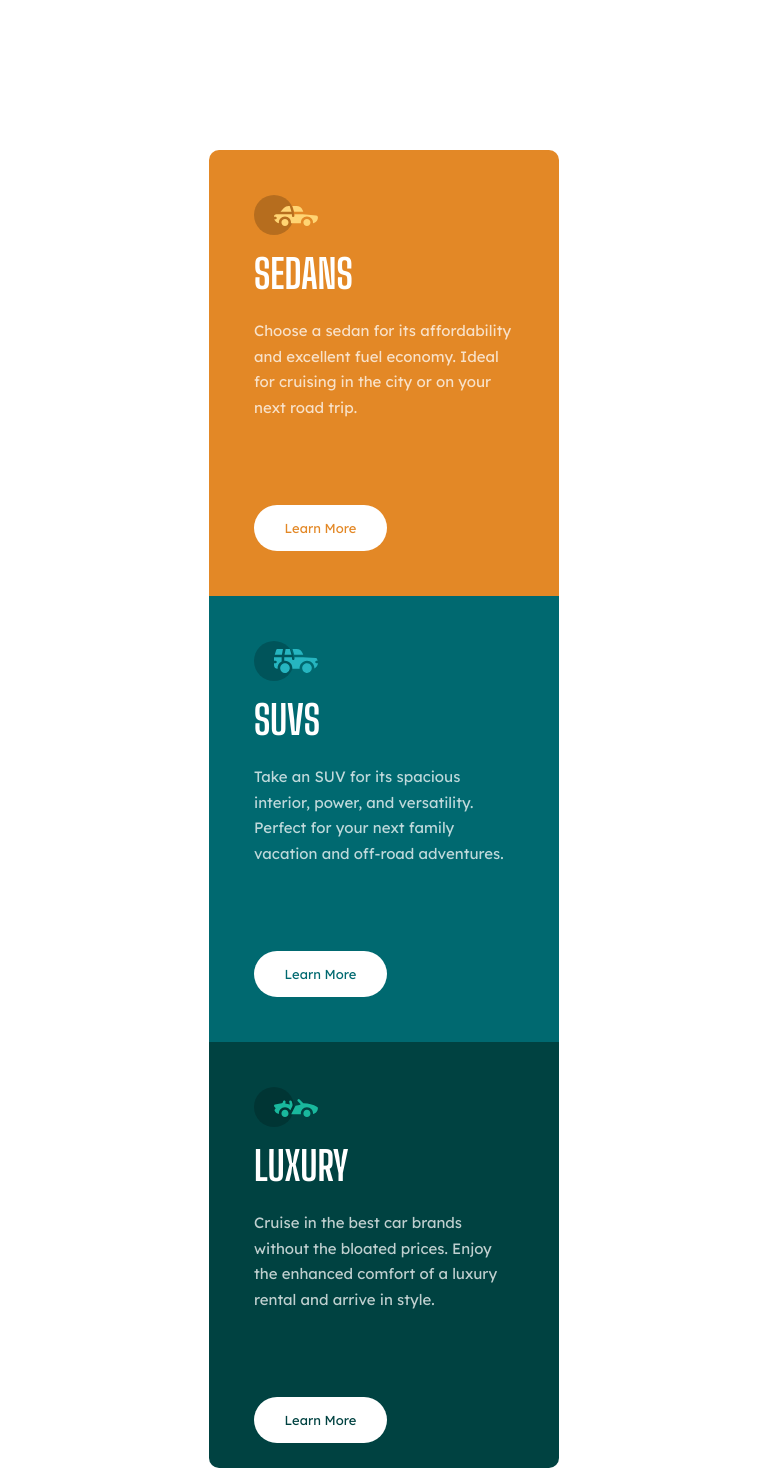
Repository: KamoliddinGIT/column-preview-card
Page: index.html
The author's editor kept a copy of each file at every save. The page is drawn from the files as they stood at one save, then again after the next save.
The browser window is 768 px wide. The pictures show the whole page.

Above is the page before, as saved 2023-09-15 17:14:31.

After the next save:
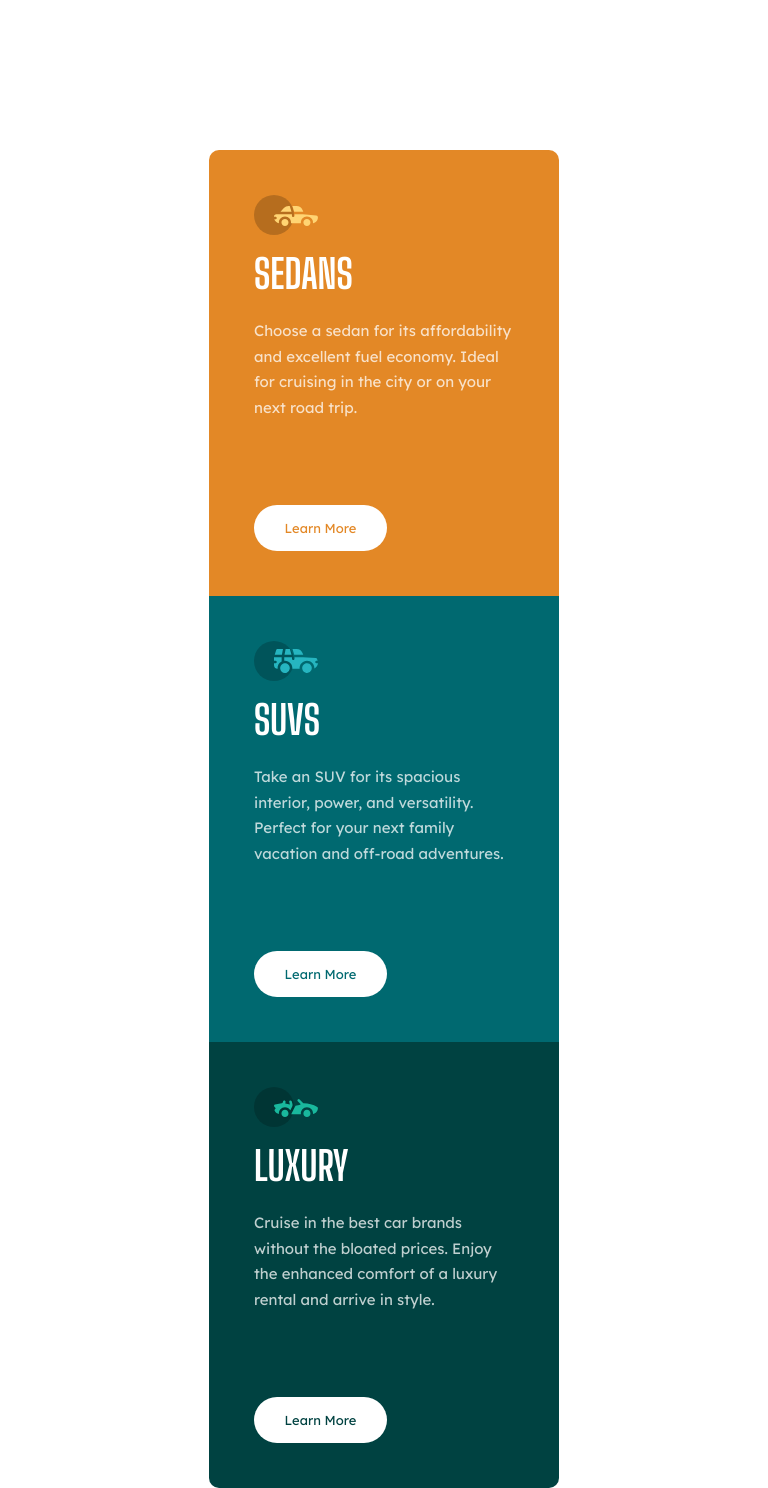
Saved 7 s later.
--- a/css/style.css
+++ b/css/style.css
@@ -188,7 +188,6 @@
     border-bottom-left-radius: 0;
   }
   .card__3 {
-    padding-bottom: 25px;
     border-top-right-radius: 0;
     border-bottom-right-radius: 10px;
     border-bottom-left-radius: 10px;
